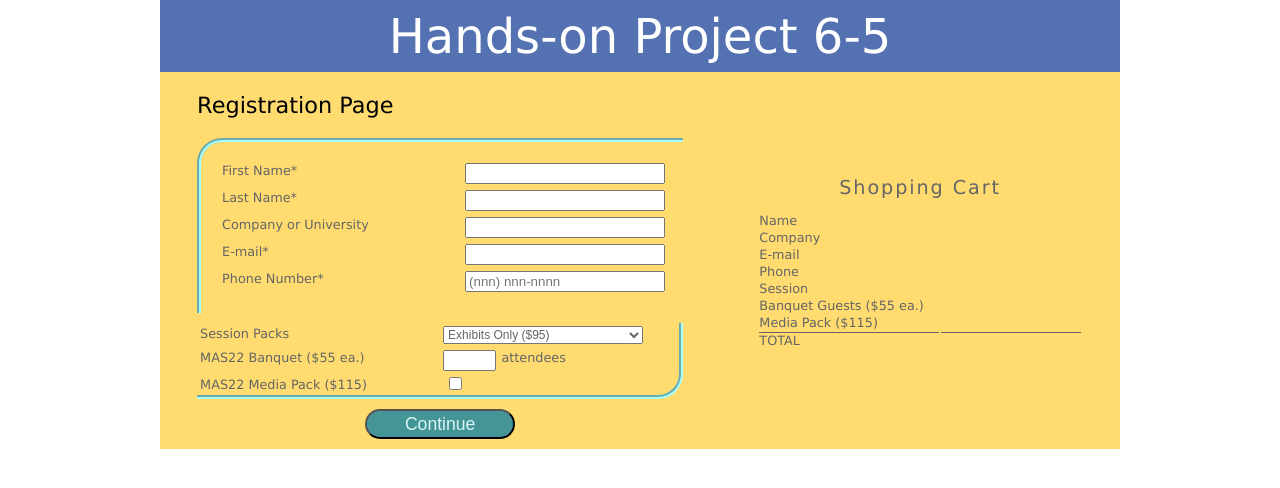
Repository: sandhya8109/hbommi_srimal4-js06-main
Page: hbommi_srimal4-js06-main/project05/project06-05_txt.html
An editor plug-in stored every save of this project. The page is shown before and after the next save, followed by the edit.
The browser window is 1280 px wide. The pictures show the whole page.

Above is the page before, as saved 2025-03-07 14:54:06.
Console error: SyntaxError: Unexpected token '<'

After the next save:
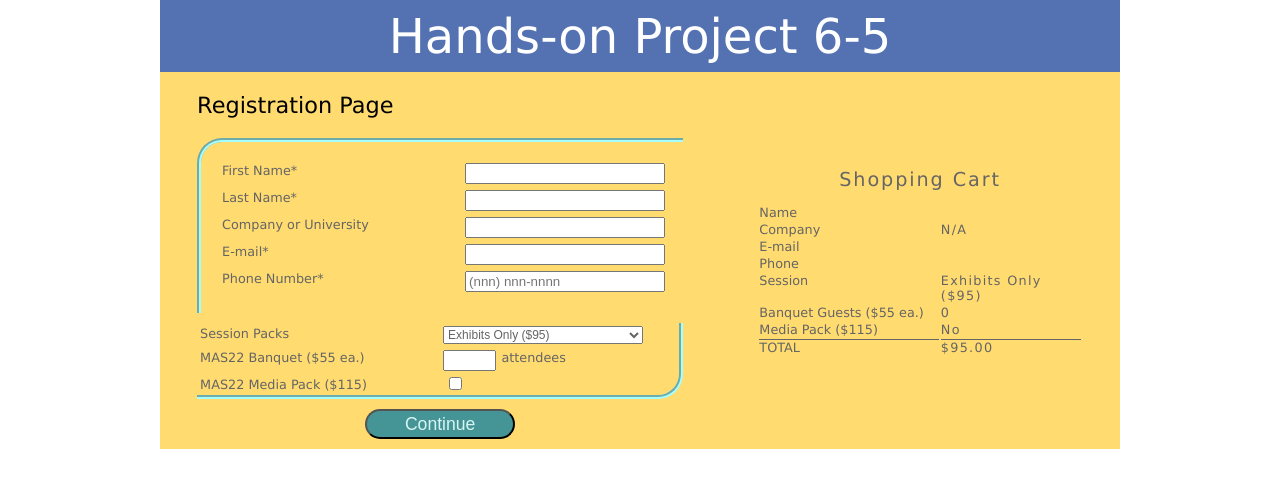
The error is gone.
Saved 7 s later.
--- a/hbommi_srimal4-js06-main/project05/project06-05_txt.js
+++ b/hbommi_srimal4-js06-main/project05/project06-05_txt.js
@@ -40,5 +40,4 @@
          document.getElementById("regSession").textContent = sessionChoice || "None";
          document.getElementById("regPack").textContent = mediaChoice;
          document.getElementById("regTotal").textContent = totalCost.toLocaleString("en-US", { style: "currency", currency: "USD" });
-      }</body>
-</html>
+      }
